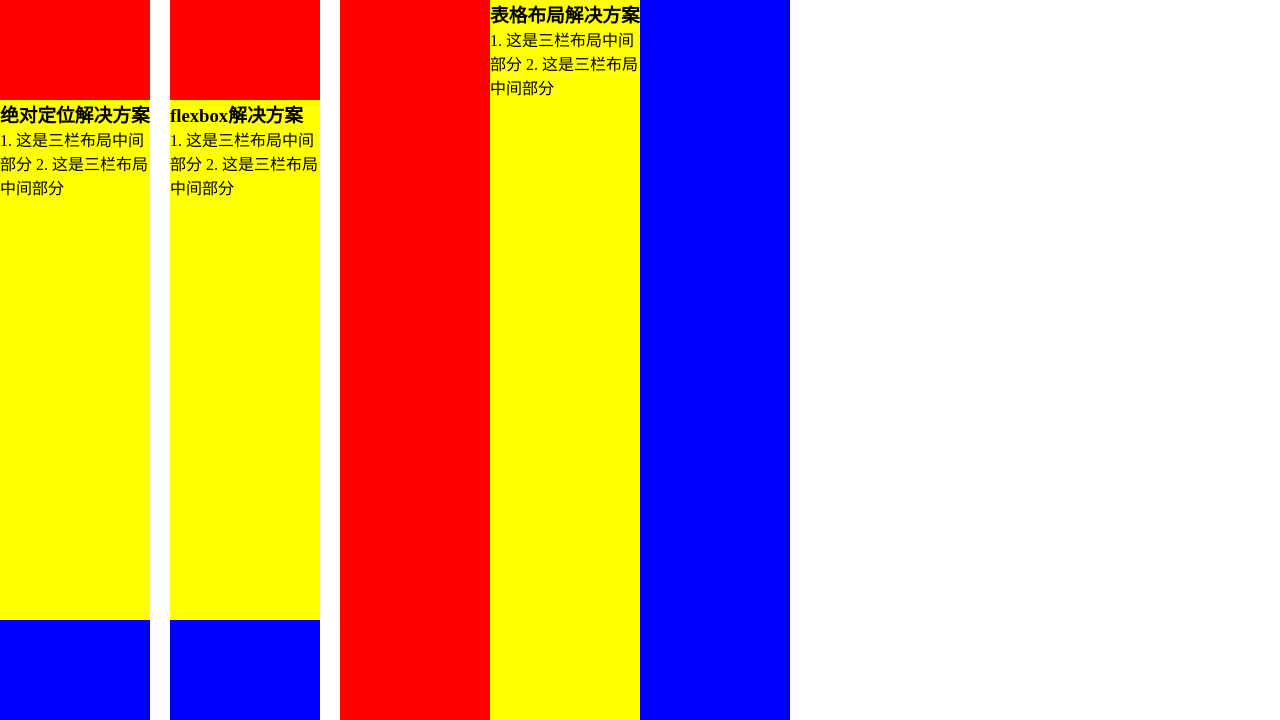
Repository: Qianfane/Blog
Page: 面试相关/测试/1-2、三栏布局-上中下.html
An editor plug-in stored every save of this project. The page is shown before and after the next save, followed by the edit.
The browser window is 1280 px wide. The pictures show the whole page.

Above is the page before, as saved 2022-01-02 19:01:55.

### 面试相关/测试/1-2、三栏布局-上中下.html
<!DOCTYPE html>
<html lang="en">
<head>
    <meta charset="UTF-8">
    <meta http-equiv="X-UA-Compatible" content="IE=edge">
    <meta name="viewport" content="width=device-width, initial-scale=1.0">
    <title>1-2、三栏布局-上中下</title>
    <style>
        html * {
            padding: 0;
            margin: 0;
        }
        html {
            height: 100%;
        }
        body {
            height: 100%;
            display: flex;
        }
        .layout {
            margin-right: 20px;
            height: 100%;
        }
        .layout article div {
            width: 150px;
        }
    </style>
</head>
<body>
    <!-- 绝对定位解决方案 -->
    <section class="layout absolute">
        <style>
            .layout.absolute .top {
                position: absolute;
                top: 0;
                height: 100px;
                background: red;
            }
            .layout.absolute .center {
                position: absolute;
                top: 100px;
                bottom: 100px;
                background: yellow;
            }
            .layout.absolute .bottom {
                position: absolute;
                bottom: 0;
                height: 100px;
                background: blue;
            }
        </style>
        <article class="top-center-bottom">
            <div class="top"></div>
            <div class="center">
                <h1>绝对定位解决方案</h1>
                1. 这是三栏布局中间部分
                2. 这是三栏布局中间部分
            </div>
            <div class="bottom"></div>
        </article>
    </section>

    <!-- flexbox解决方案 -->
    <section class="layout flexbox">
        <style>
            .layout.flexbox .top-center-bottom {
                height: 100%;
                margin-left: 150px;

                display: flex;
                flex-direction: column;
            }
            .layout.flexbox .top {
                height: 100px;
                background: red;
            }
            .layout.flexbox .center {
                flex: 1;
                background: yellow;
            }
            .layout.flexbox .bottom {
                height: 100px;
                background: blue;
            }
        </style>
        <article class="top-center-bottom">
            <div class="top"></div>
            <div class="center">
                <h1>flexbox解决方案</h1>
                1. 这是三栏布局中间部分
                2. 这是三栏布局中间部分
            </div>
            <div class="bottom"></div>
        </article>
    </section>

    <!-- 表格布局解决方案 -->
    <section class="layout table">
        <style>
            .layout.table .top-center-bottom {
                display: table;
                height: 100%;
                div {
                    display: table-cell;

                }
            }
            /* .layout.table .top-center-bottom>div {
                display: table-cell;
            } */
            .layout.table .top {
                height: 100px;
                background: red;
            }
            .layout.table .center {
                background: yellow;
            }
            .layout.table .bottom {
                height: 100px;
                background: blue;
            }
        </style>
        <article class="top-center-bottom">
            <div class="top"></div>
            <div class="center">
                <h1>表格布局解决方案</h1>
                1. 这是三栏布局中间部分
                2. 这是三栏布局中间部分
            </div>
            <div class="bottom"></div>
        </article>
    </section>


</body>
</html>

After the next save:
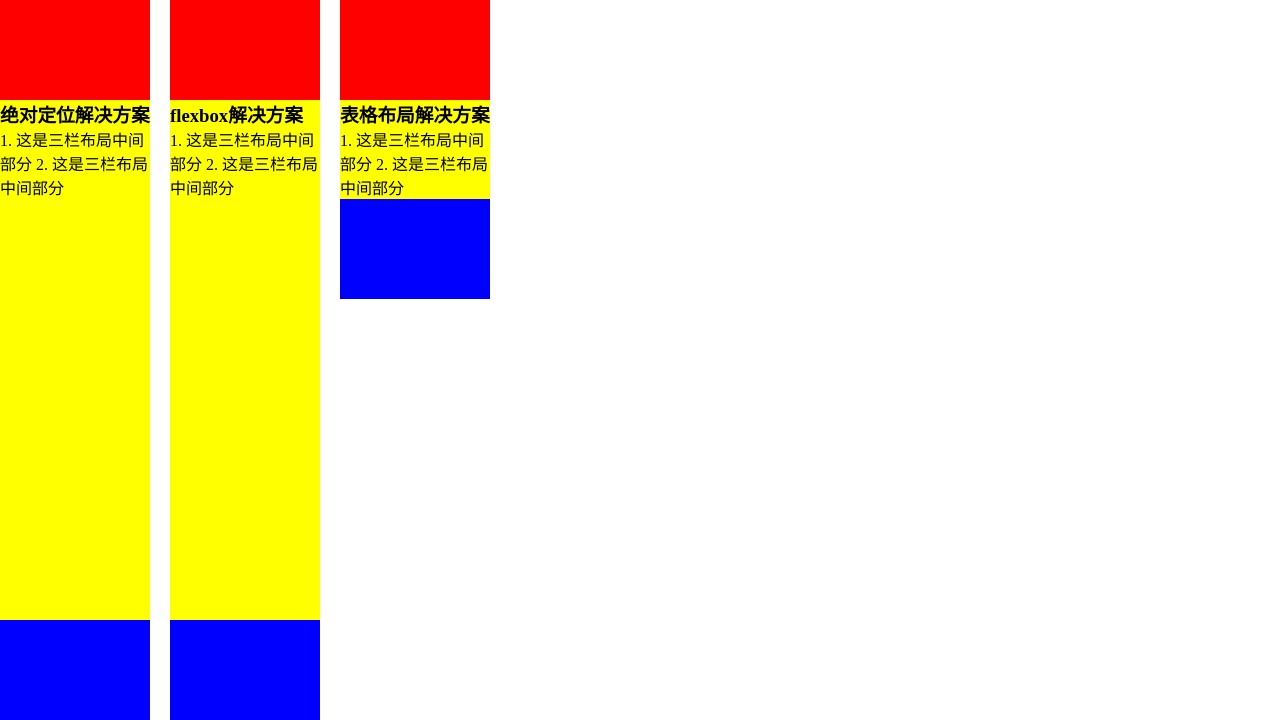
Saved 6 s later.
--- a/面试相关/测试/1-2、三栏布局-上中下.html
+++ b/面试相关/测试/1-2、三栏布局-上中下.html
@@ -100,10 +100,6 @@
             .layout.table .top-center-bottom {
                 display: table;
                 height: 100%;
-                div {
-                    display: table-cell;
-
-                }
             }
             /* .layout.table .top-center-bottom>div {
                 display: table-cell;

After the save that followed:
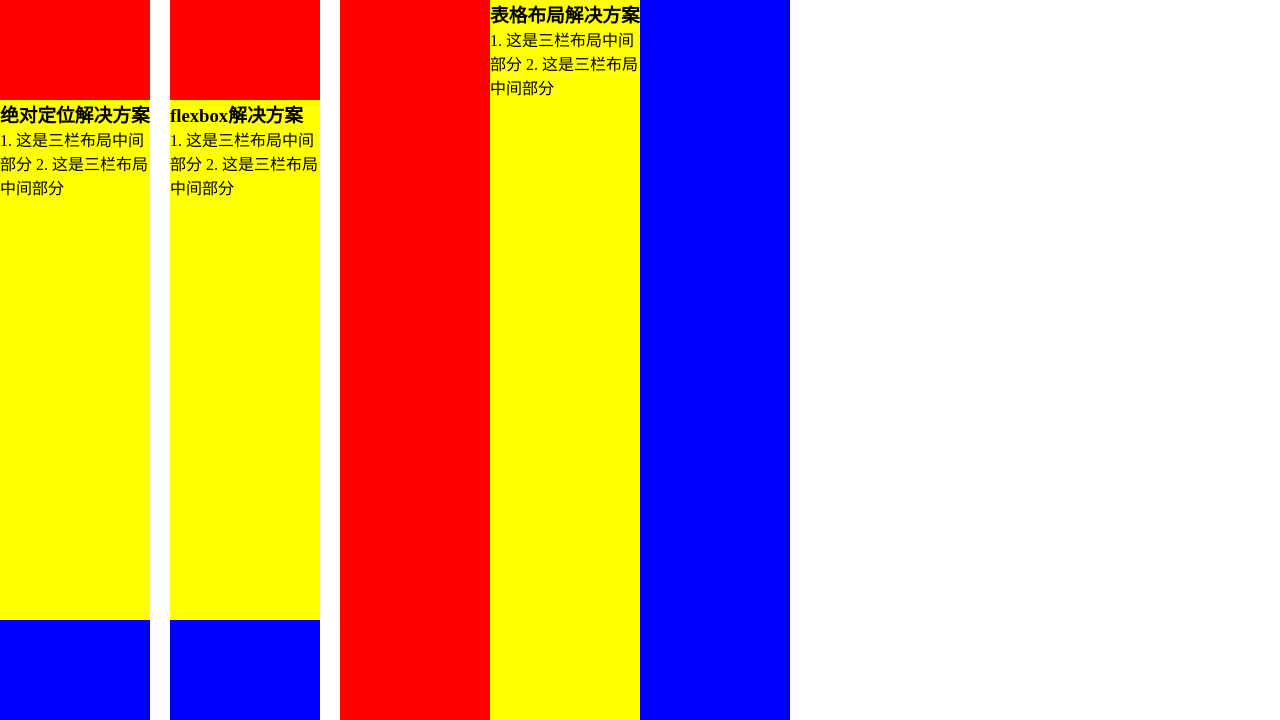
Saved 25 s later.
--- a/面试相关/测试/1-2、三栏布局-上中下.html
+++ b/面试相关/测试/1-2、三栏布局-上中下.html
@@ -101,9 +101,9 @@
                 display: table;
                 height: 100%;
             }
-            /* .layout.table .top-center-bottom>div {
+            .layout.table .top-center-bottom>div {
                 display: table-cell;
-            } */
+            }
             .layout.table .top {
                 height: 100px;
                 background: red;
